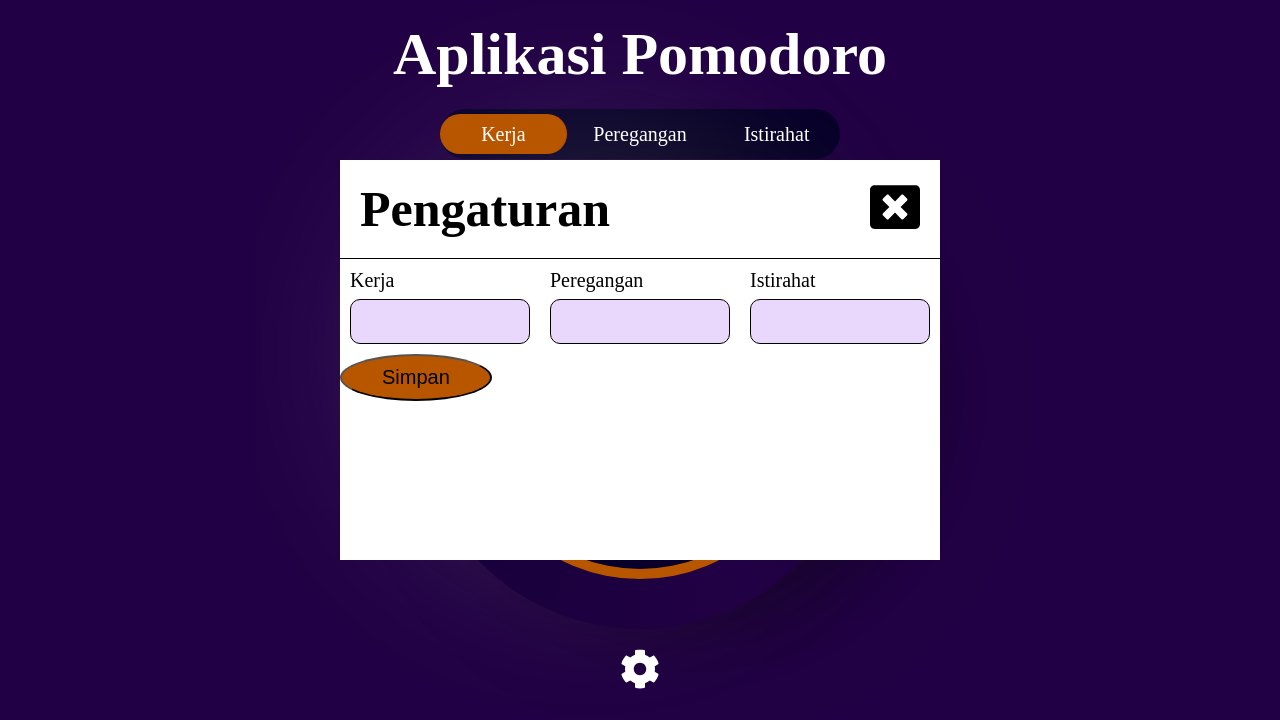
Repository: sellayspy/aplikasiPomodoro
Page: /, after clicking the first element matching `div.sc-gGKoUb`
The author's editor kept a copy of each file at every save. The page is drawn from the files as they stood at one save, then again after the next save.
The browser window is 1280 px wide. The pictures show the whole page.
The project was rebuilt for these pictures with package versions that can differ from the ones it lists, and the page was loaded fresh each time. Also part of the build but not shown: vite.config.js.

Above is the page before, as saved 2024-11-25 21:19:29.

### index.html
<!DOCTYPE html>
<html lang="en">
  <head>
    <meta charset="UTF-8" />
    <link rel="icon" type="image/svg+xml" href="/vite.svg" />
    <meta name="viewport" content="width=device-width, initial-scale=1.0" />
    <title>Aplikasi Pomodoro</title>
  </head>
  <body>
    <div id="root"></div>
    <script type="module" src="/src/main.jsx"></script>
  </body>
</html>

### src/main.jsx
import { StrictMode } from "react";
import { createRoot } from "react-dom/client";
import { createGlobalStyle, ThemeProvider } from "styled-components";
import App from "./App.jsx";
import StateProvider from "./components/StateProvider.jsx";

const GlobalStyle = createGlobalStyle`

*{
  margin: 0;
  padding: 0;
  box-sizing: border-box;
}

  html,body{
    background-color: ${(props) => props.theme.colors.bg};;
    font-size: 62.5%;
  }

  body{
    font-size: 1.6rem;
    color: white;
  }

`;

const theme = {
  colors: {
    primary: "#b85600",
    secondary: "#08002b",
    bg: "#220045",
  },
};

createRoot(document.getElementById("root")).render(
  <StrictMode>
    <StateProvider>
      <ThemeProvider theme={theme}>
        <GlobalStyle />
        <App />
      </ThemeProvider>
    </StateProvider>
  </StrictMode>
);

### src/App.jsx
import styled from "styled-components";
import Judul from "./components/Judul";
import Timer from "./components/Timer";
import Modal from "./components/Settings/Modal";
import { useState } from "react";
import { FaCog } from "react-icons/fa";

function App() {
  const [isOpen, setIsOpen] = useState(false);

  const onClose = () => {
    setIsOpen(false);
  };
  const onOpen = () => {
    setIsOpen(true);
  };
  return (
    <>
      <Modal isOpen={isOpen} onClose={onClose} />
      <Title>Aplikasi Pomodoro</Title>
      <Judul />
      <Timer />

      <CogIcon onClick={onOpen}>
        <FaCog />
      </CogIcon>
    </>
  );
}

export default App;

const Title = styled.h1`
  font-size: 6rem;
  padding: 2rem 0;
  text-align: center;
`;

const CogIcon = styled.div`
  display: flex;
  justify-content: center;
  font-size: 4rem;
`;

### src/components/StateProvider.jsx
import { createContext, useEffect, useState } from "react";
export const StateContext = createContext();

const StateProvider = ({ children }) => {
  const [waktuKerja, setWaktuKerja] = useState(25 * 60);
  const [peregangan, setPeregangan] = useState(5 * 60);
  const [istirahat, setIstirahat] = useState(30 * 60);

  const [initialWaktu, setInitialWaktu] = useState(0);

  const [activeJudul, setActiveJudul] = useState(0);
  const [progress, setProgress] = useState(55);
  const [time, setTime] = useState(500);
  const [isActive, setIsActive] = useState(false);

  useEffect(() => {
    switch (activeJudul) {
      case 0:
        setTime(waktuKerja);
        setInitialWaktu(waktuKerja);
        break;
      case 1:
        setTime(peregangan);
        setInitialWaktu(peregangan);
        break;
      case 2:
        setTime(istirahat);
        setInitialWaktu(istirahat);
        break;
      default:
        break;
    }
  }, [activeJudul, waktuKerja, peregangan, istirahat]);

  return (
    <StateContext.Provider
      value={{
        activeJudul,
        setActiveJudul,
        progress,
        setProgress,
        isActive,
        setIsActive,
        time,
        setTime,
        initialWaktu,
        setInitialWaktu,
      }}
    >
      {children}
    </StateContext.Provider>
  );
};

export default StateProvider;

### src/components/Judul.jsx
import styled, { css } from "styled-components";
import { useContext } from "react";
import { StateContext } from "./StateProvider";

const Judul = () => {
  const { activeJudul, setActiveJudul } = useContext(StateContext);

  const handleJudulClick = (index) => {
    setActiveJudul(index);
  };
  return (
    <JudulContainer>
      {["Kerja", "Peregangan", "Istirahat"].map((tag, i) => (
        <Tag
          onClick={() => handleJudulClick(i)}
          active={activeJudul === i}
          key={i}
        >
          {tag}
        </Tag>
      ))}
    </JudulContainer>
  );
};

export default Judul;

const JudulContainer = styled.div`
  background: ${(props) => props.theme.colors.secondary};
  height: 5rem;
  width: 40rem;
  margin: 0 auto;
  border-radius: 5rem;
  display: flex;
  gap: 1rem;
  align-items: center;
`;

const Tag = styled.button`
  all: unset;
  height: 4rem;
  text-align: center;
  border-radius: 5rem;
  flex: 1;
  font-size: 2rem;

  ${({ active }) =>
    active &&
    css`
      background: ${(props) => props.theme.colors.primary};
    `}
`;

### src/components/Timer.jsx
import styled from "styled-components";
import TimerProgress from "./TimerProgress";

const Timer = () => {
  return (
    <TimerContainer>
      <TimerProgress />
    </TimerContainer>
  );
};

export default Timer;

const TimerContainer = styled.div`
  background: conic-gradient(
    ${(props) => props.theme.colors.secondary},
    ${(props) => props.theme.colors.bg} 150deg,
    ${(props) => props.theme.colors.secondary}
  );

  width: 45rem;
  height: 45rem;

  margin: 2rem auto;
  border-radius: 50%;
  display: grid;
  place-items: center;
  box-shadow: -50px -50px 150px rgba(158, 158, 158, 0.2),
    50px -10px 100px rgba(0, 0, 0, 0.5);
`;

### src/components/Settings/Modal.jsx
import Backdrop from "./Backdrop";
import ModalContainer from "./ModalContainer";
import { AnimatePresence } from "framer-motion";

const Modal = ({ isOpen, onClose }) => {
  return (
    <>
      {isOpen && (
        <>
          <AnimatePresence>
            <Backdrop />
            <ModalContainer isOpen={isOpen} onClose={onClose} />
          </AnimatePresence>
        </>
      )}
    </>
  );
};

export default Modal;

### src/components/TimerProgress.jsx
import { useContext, useEffect } from "react";
import styled from "styled-components";
import Waktu from "./Waktu";
import { StateContext } from "./StateProvider";
import Timer from "./Timer";

const TimerProgress = () => {
  const { progress, setProgress, time, initialWaktu } =
    useContext(StateContext);

  useEffect(() => {
    setProgress(time / (initialWaktu / 100));
  }, [setProgress, time]);

  return (
    <OuterCircle progress={progress}>
      <InnerCircle>
        <Waktu />
      </InnerCircle>
    </OuterCircle>
  );
};

export default TimerProgress;

const OuterCircle = styled.div`
  width: 35rem;
  height: 35rem;

  border-radius: 50%;
  display: grid;
  place-items: center;
  background: conic-gradient(
    ${(props) => props.theme.colors.primary} ${({ progress }) => progress}%,
    transparent ${({ progress }) => progress}%
  );
`;

const InnerCircle = styled.div`
  width: 33rem;
  height: 33rem;
  background: ${(props) => props.theme.colors.secondary};

  border-radius: 50%;
  display: grid;
  place-items: center;
`;

### src/components/Settings/Backdrop.jsx
import styled from "styled-components";

const Backdrop = () => {
  return <kBackdroop></kBackdroop>;
};

export default Backdrop;

const kBackdroop = styled.div`
  width: 100%;
  height: 100%;
  position: fixed;
  top: 0;
  left: 0;
  z-index: 100;
  background-color: rgba;
`;

### src/components/Settings/ModalContainer.jsx
import styled from "styled-components";
import { motion } from "framer-motion";
import { FaWindowClose } from "react-icons/fa";
import { Form, Formik, Field } from "formik";

const ModalContainer = ({ isOpen, onClose }) => {
  return (
    <Container>
      <ModalContent
        initial={{ y: "-100vh", scale: 0 }}
        animate={{ y: 0, scale: 1 }}
        exit={{ y: "-100vh", scale: 0 }}
      >
        <ModalHeader>
          <ModalTitle>Pengaturan</ModalTitle>
          <ModalCloseButton onClick={onClose}>
            <FaWindowClose fontSize="5rem" />
          </ModalCloseButton>
        </ModalHeader>
        <ModalBody>
          <Formik
            initialValues={{ kerja: "", peregangan: "", istirahat: "" }}
            onSubmit={() => {}}
          >
            <Form>
              <InputWrapper>
                <FormControl>
                  <label htmlFor="kerja">Kerja</label>
                  <Field name="kerja" min="1" max="60" />
                </FormControl>
                <FormControl>
                  <label htmlFor="peregangan">Peregangan</label>
                  <Field name="peregangan" min="1" max="60" />
                </FormControl>
                <FormControl>
                  <label htmlFor="istirahat">Istirahat</label>
                  <Field name="istirahat" min="1" max="60" />
                </FormControl>
              </InputWrapper>
              <SimpanButton type="submit">Simpan</SimpanButton>
            </Form>
          </Formik>
        </ModalBody>
      </ModalContent>
    </Container>
  );
};

export default ModalContainer;

const SimpanButton = styled.button`
  padding: 1rem 4rem;
  font-size: 2rem;
  background: ${(props) => props.theme.colors.primary};
  border-radius: 90%;
`;

const InputWrapper = styled.div`
  display: flex;
  padding: 1rem;
  gap: 2rem;
`;

const FormControl = styled.div`
  flex: 1;
  width: 100%;
  display: flex;
  flex-direction: column;
  color: black;
  gap: 0.7rem;
  label {
    font-size: 2rem;
  }
  input {
    width: 100%;
    font-size: 2rem;
    padding: 1rem;
    border-radius: 1rem;
    border: 1px solid black;
    background: #ead8fc;
  }
`;

const Container = styled.div`
  position: absolute;
  height: 100vh;
  width: 100vw;
  display: grid;
  place-items: center;
  z-index: 150;
`;

const ModalContent = styled(motion.div)`
  width: 60rem;
  height: 40rem;
  background-color: white;

  @media (max-width: 600px) {
    width: 90%;
    padding: 1rem;
  }
`;

const ModalHeader = styled.div`
  color: black;
  padding: 2rem;
  display: flex;
  justify-content: space-between;
  border-bottom: 1px solid black;
`;
const ModalTitle = styled.h3`
  font-size: 5rem;
`;
const ModalCloseButton = styled.button`
  all: unset;
`;
const ModalBody = styled.div``;

### src/components/Waktu.jsx
import { useEffect, useContext } from "react";
import styled from "styled-components";
import { StateContext } from "./StateProvider";

const Waktu = () => {
  const { time, setTime, isActive, setIsActive, initialWaktu } =
    useContext(StateContext);
  useEffect(() => {
    if (isActive && time > 0) {
      const interval = setInterval(() => {
        setTime((time) => time - 1);
      }, 1000);

      return () => clearInterval(interval);
    }
  }, [time, isActive]);

  const buttonClick = () => {
    setIsActive(!isActive);
  };

  const buttonReset = () => {
    setTime(initialWaktu);
    setIsActive(false);
  };

  const getTime = (time) => {
    const min = Math.floor(time / 60);
    const sec = time % 60;
    return `${min < 10 ? "0" + min : min}:${sec < 10 ? "0" + sec : sec}`;
  };

  return (
    <ClockContainer>
      <TimerText>{getTime(time)}</TimerText>
      <StartPauseButton onClick={buttonClick}>
        {isActive ? "Pause" : "Start"}
      </StartPauseButton>
      {time === 0 && <ResetButton onClick={buttonReset}>RESET</ResetButton>}
    </ClockContainer>
  );
};

export default Waktu;
const ClockContainer = styled.div`
  display: grid;
  place-items: center;
`;

const TimerText = styled.h3`
  font-size: 10rem;
`;

const StartPauseButton = styled.button`
  all: unset;
  text-align: center;
  font-size: 3rem;
  text-transform: uppercase;
  letter-spacing: 1rem;
`;

const ResetButton = styled(StartPauseButton)`
  color: red;
`;

After the next save:
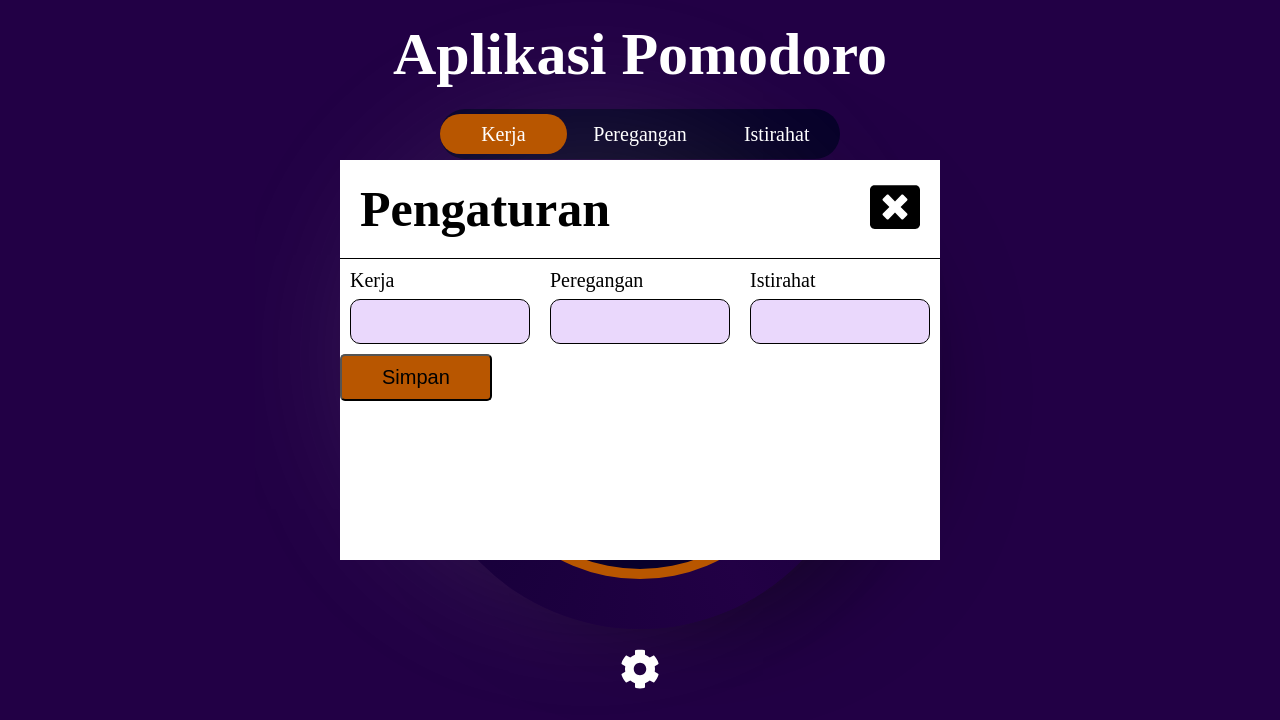
Saved 28 s later.
--- a/src/components/Settings/ModalContainer.jsx
+++ b/src/components/Settings/ModalContainer.jsx
@@ -52,7 +52,7 @@ const SimpanButton = styled.button`
   padding: 1rem 4rem;
   font-size: 2rem;
   background: ${(props) => props.theme.colors.primary};
-  border-radius: 90%;
+  border-radius: 0.5rem;
 `;
 
 const InputWrapper = styled.div`
